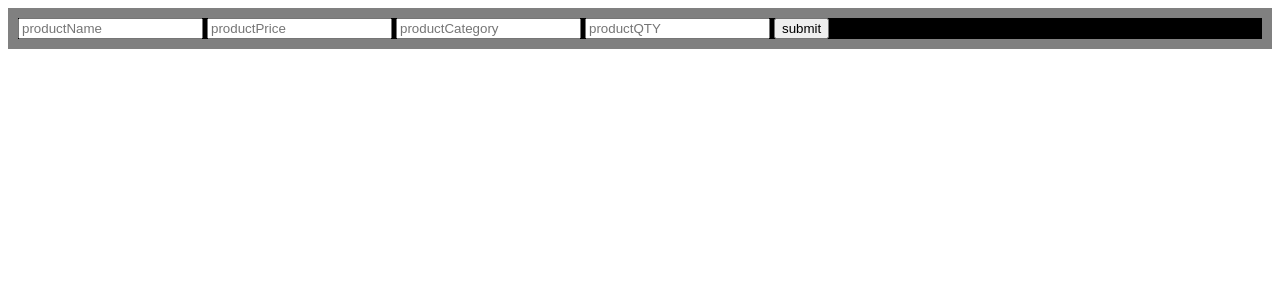
Repository: AbhishekPawshekar/Hibernate-Notes
Page: Convert_DynamicWebApplication_to_Maven/src/main/webapp/index.html
The author's editor kept a copy of each file at every save. The page is drawn from the files as they stood at one save, then again after the next save.
The browser window is 1280 px wide. The pictures show the whole page.

Above is the page before, as saved 2024-03-16 04:14:33.

After the next save:
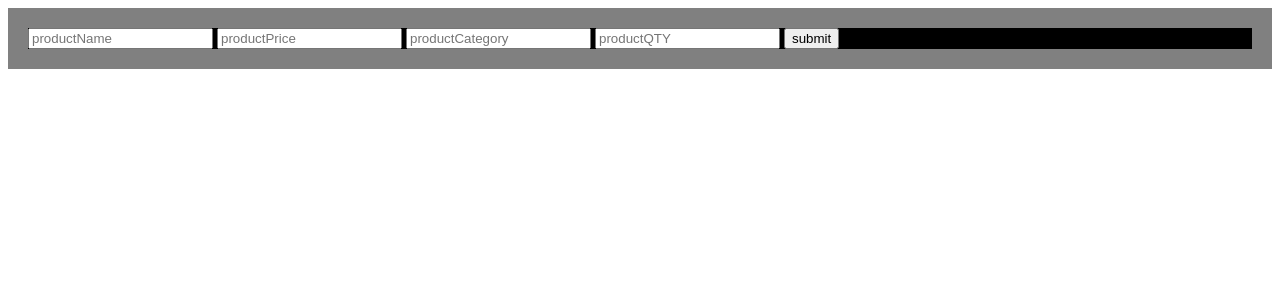
Saved 8 s later.
--- a/Convert_DynamicWebApplication_to_Maven/src/main/webapp/index.html
+++ b/Convert_DynamicWebApplication_to_Maven/src/main/webapp/index.html
@@ -6,7 +6,7 @@
 </head>
 <body>
 
-<form action="productinfo" method="Post" style=" background:black;color:white;border:10px solid grey; align-items:center;">
+<form action="productinfo" method="" style=" background:black;color:white;border:20px solid grey; align-items:center;">
 <input type="text" placeholder="productName" name="pn"/>
 <input type="number" placeholder="productPrice" name="pp"/>
 <input type="text" placeholder="productCategory" name="pc"/>
